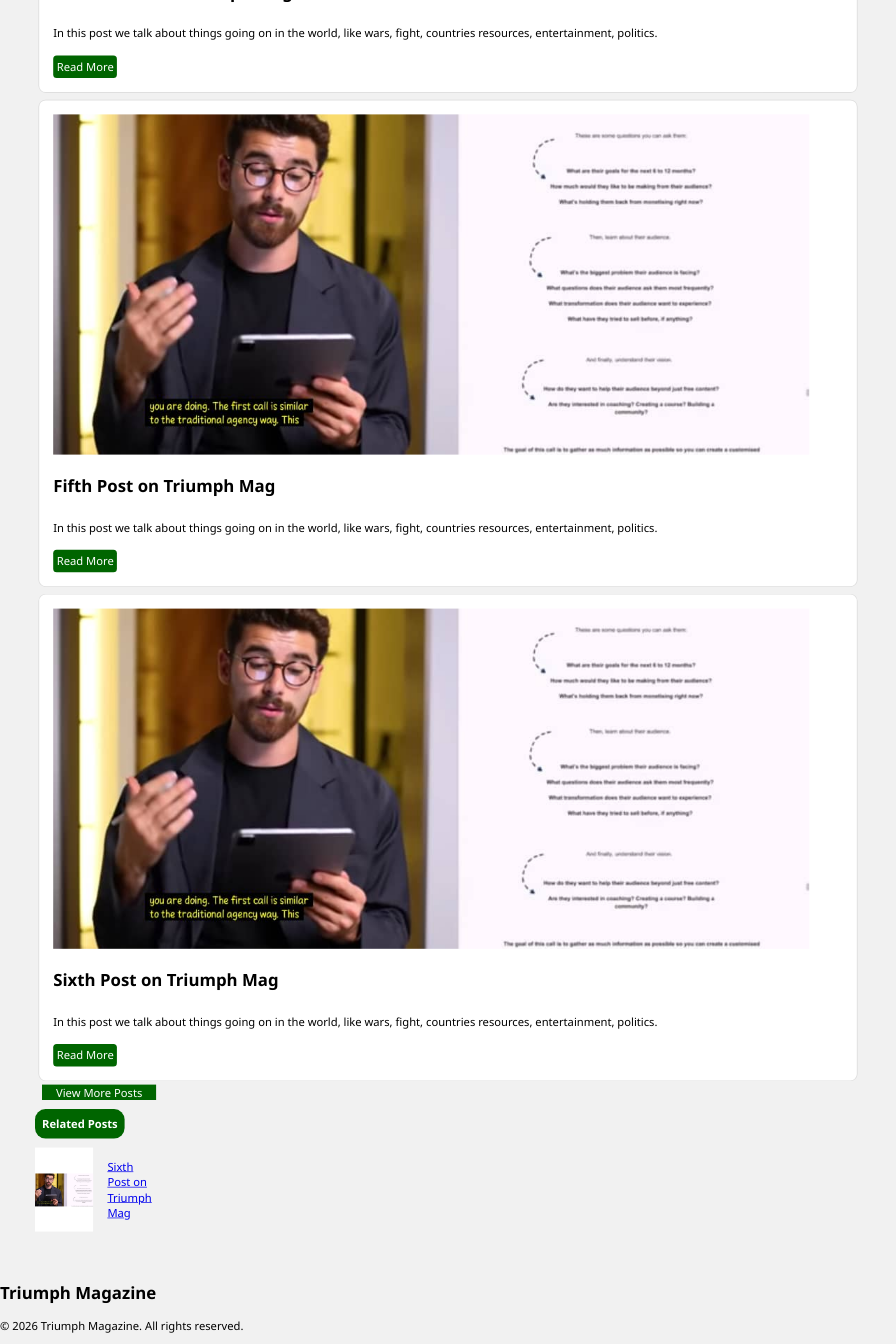
Repository: zikcolle/Triumph-Blog
Page: index.html
An editor plug-in stored every save of this project. The page is shown before and after the next save, followed by the edit.
The browser window is 1280 px wide. The pictures show the part of the page from y = 3599 to 5519 px (the page is 5519 px tall before and 5455 px after), at 70% of full size.

Above is the page before, as saved 2026-06-22 10:07:03.

### index.html
<!DOCTYPE html>
<html lang="en">

<head>
    <meta charset="UTF-8">
    <meta name="viewport" content="width=device-width, initial-scale=1.0">
    <title>Triumph Magazine</title>
    <link rel="stylesheet" href="styles.css">
</head>

<body>
    <header>
        <nav>
            <div class="logo">Triumph Magazine</div>
            <div class="hamburger" onclick="toggleMenu()">
                <svg width="30" height="30">
                    <line x1="3" y1="5" x2="27" y2="5" stroke="black" stroke-width="3" />
                    <line x1="3" y1="15" x2="27" y2="15" stroke="black" stroke-width="3" />
                    <line x1="3" y1="25" x2="27" y2="25" stroke="black" stroke-width="3" />
                </svg>


            </div>
            <ul id="nav-links">
                <li><a href="#">Home</a></li>
                <li><a href="/about-us">About</a></li>
                <li><a href="/contact-us">Contact</a></li>
            </ul>
        </nav>
    </header>


    <main>
        <section>
            <div>
                <h2 class="label-post">Trending Post 🔥</h2>
            </div>
            <div class="feat-post">
                <img src="simage\postiman.jpeg">
                <h1>How to make mony online as a beginner</h1>
                <p>In this post you would learn how to make money as a beginner as we delve into 20 ways you can earn
                    using your phone and the internet. These methods have been proven by millions of people in the
                    digital space and its best for you to know about it.</p>
                <a href="#" class="read-more">Read More</a>
            </div>
        </section>

        <section>
            <div>
                <h2 class="label-post" id="post-label">Recent Post</h2>
            </div>

            <div class="post-grid">
                <div class="blog-post">
                    <img src="simage\postiman.jpeg">
                    <h1>First Post on Triumph Mag</h1>
                    <p>In this post we talk about things going on in the world, like wars, fight, countries resources,
                        entertainment, politics.</p>
                    <a href="#" class="read-more">Read More</a>
                </div>

                <div class="blog-post">
                    <img src="simage\postiman.jpeg">
                    <h1>Second Post on Triumph Mag</h1>
                    <p>In this post we talk about things going on in the world, like wars, fight, countries resources,
                        entertainment, politics.</p>
                    <a href="#" class="read-more">Read More</a>
                </div>

                <div class="blog-post">
                    <img src="simage\postiman.jpeg">
                    <h1>Third Post on Triumph Mag</h1>
                    <p>In this post we talk about things going on in the world, like wars, fight, countries resources,
                        entertainment, politics.</p>
                    <a href="#" class="read-more">Read More</a>
                </div>

                <div class="blog-post">
                    <img src="simage\postiman.jpeg">
                    <h1>Fourth Post on Triumph Mag</h1>
                    <p>In this post we talk about things going on in the world, like wars, fight, countries resources,
                        entertainment, politics.</p>
                    <a href="#" class="read-more">Read More</a>
                </div>

                <div class="blog-post">
                    <img src="simage\postiman.jpeg">
                    <h1>Fifth Post on Triumph Mag</h1>
                    <p>In this post we talk about things going on in the world, like wars, fight, countries resources,
                        entertainment, politics.</p>
                    <a href="#" class="read-more">Read More</a>
                </div>

                <div class="blog-post">
                    <img src="simage\postiman.jpeg">
                    <h1>Sixth Post on Triumph Mag</h1>
                    <p>In this post we talk about things going on in the world, like wars, fight, countries resources,
                        entertainment, politics.</p>
                    <a href="#" class="read-more">Read More</a>
                </div>

            </div>
        </section>
        <a href="/blog" class="view-more">View More Posts</a>
        <section>
            <h2 class="label-post">Related Posts</h2>
            <div class="rel-post">
                <img src="simage\postiman.jpeg">
                <p><a href="/blog">Sixth Post on Triumph Mag</a></p>
            </div>
        </section>
    </main>

    <footer>
        <h2>Triumph Magazine</h2>
        <p>© 2026 Triumph Magazine. All rights reserved.</p>
    </footer>

</body>

</html>

<script>
    function toggleMenu() {
        document.getElementById('nav-links').classList.toggle('active');
    }
</script>

### styles.css
body {
    background-color: rgb(241, 241, 241);
    color: rgb(0, 0, 0);
    font-family:'Segoe UI', Tahoma, Geneva, Verdana, sans-serif;
    padding: 0;
    margin: 0;

}

header {
    background-color: rgba(255,255,255,0.92);
    padding: 10px 20px;
    border-bottom: 1px solid rgba(0, 0, 0, 0.108);
    backdrop-filter: blur(20px) saturate(180%);
    -webkit-backdrop-filter: blur(20px) saturate(180%);
    box-shadow: 0 1px 0 rgba(0,0,0,0.04), 0 2px 16px rgba(0,0,0,0.04);
    color: rgb(0, 101, 0);
    width: 100%;
    box-sizing: border-box;
}

nav {
    display: flex;
    justify-content: space-between;
    align-items: center;
}

nav ul {
    list-style: none;
    display: flex;
    gap: 20px;
    margin: 0;
    padding: 0;
}

nav ul li a {
    text-decoration: none;
    color: rgb(0, 0, 0);
}

nav a:hover {
    color: rgb(0, 101, 0);
    text-decoration: underline;
}

.hamburger {
    display: none;
    font-size: 24px;
}

@media (max-width: 768px) {
    nav ul {
        display: none;
        flex-direction: column;
        position: absolute;
        top: 60px;
        right: 0;
        background: rgb(255, 255, 255);
        width: 100%;
        text-align: center;
        padding: 20px;
        box-shadow: 0 2px 5px rgba(0, 0, 0, 0.1);
        z-index: 1000;
    }

    nav ul.active {
        display: flex !important;
    }

    nav ul li {
        margin: 10px 0;
    }

    .hamburger {
        display: block;
        cursor: pointer;
    }
}

main {
    padding: 50px;
}

img, svg, video, canvas, iframe {
  max-width: 100%;
  height: auto;
  display: block;
}

.label-post {
    background-color: rgb(0, 101, 0);
    color: rgb(255, 255, 255);
    max-width: fit-content;
    padding: 10px;
    border-radius: 15px;
    font-size: 1rem;
}

.feat-post {
    background-color: rgb(255, 255, 255);
    border: 1px solid rgba(0, 0, 0, 0.129);
    max-width: 100%;
    height: auto;
    align-items: center;
    display: block;
    border-radius: 10px;
    backdrop-filter: blur(20px) saturate(180%);
    -webkit-backdrop-filter: blur(20px) saturate(180%);
    box-shadow: 0 1px 0 rgba(0,0,0,0.04), 0 2px 16px rgba(0,0,0,0.04);
    padding: 20px;
    image-rendering: auto;
    justify-content: center;
}

.read-more {
    background-color: rgb(0, 101, 0);
    color: rgb(255, 255, 255);
    text-decoration: none;
    max-width: fit-content;
    padding: 5px;
    border-radius: 5px;
}

.post-grid {
    display: grid;
    grid-template-columns: repeat(auto-fit, minmax(600px, 1fr));
}

.blog-post {
    background-color: rgb(255, 255, 255);
    border: 1px solid rgba(0, 0, 0, 0.129);
    border-radius: 10px;
    padding: 20px;
    margin: 5px;
    line-height: 2;
}

.view-more {
    background-color: rgb(0, 101, 0);
    color: rgb(255, 255, 255);
    text-decoration: none;
    padding: 20px;
    margin: 10px;
    padding-top: 0;
    padding-bottom: 0;
}

.rel-post {
   display: flex;
   align-items: center;
   gap: 20px;
   background-color: rgb(255, 255, 255);
   width: auto;
   height: auto;
   max-width: min-content;
}

.rel-post img {
    width: 100px;
    aspect-ratio: 16 / 9;
    object-fit: cover;
}

After the next save:
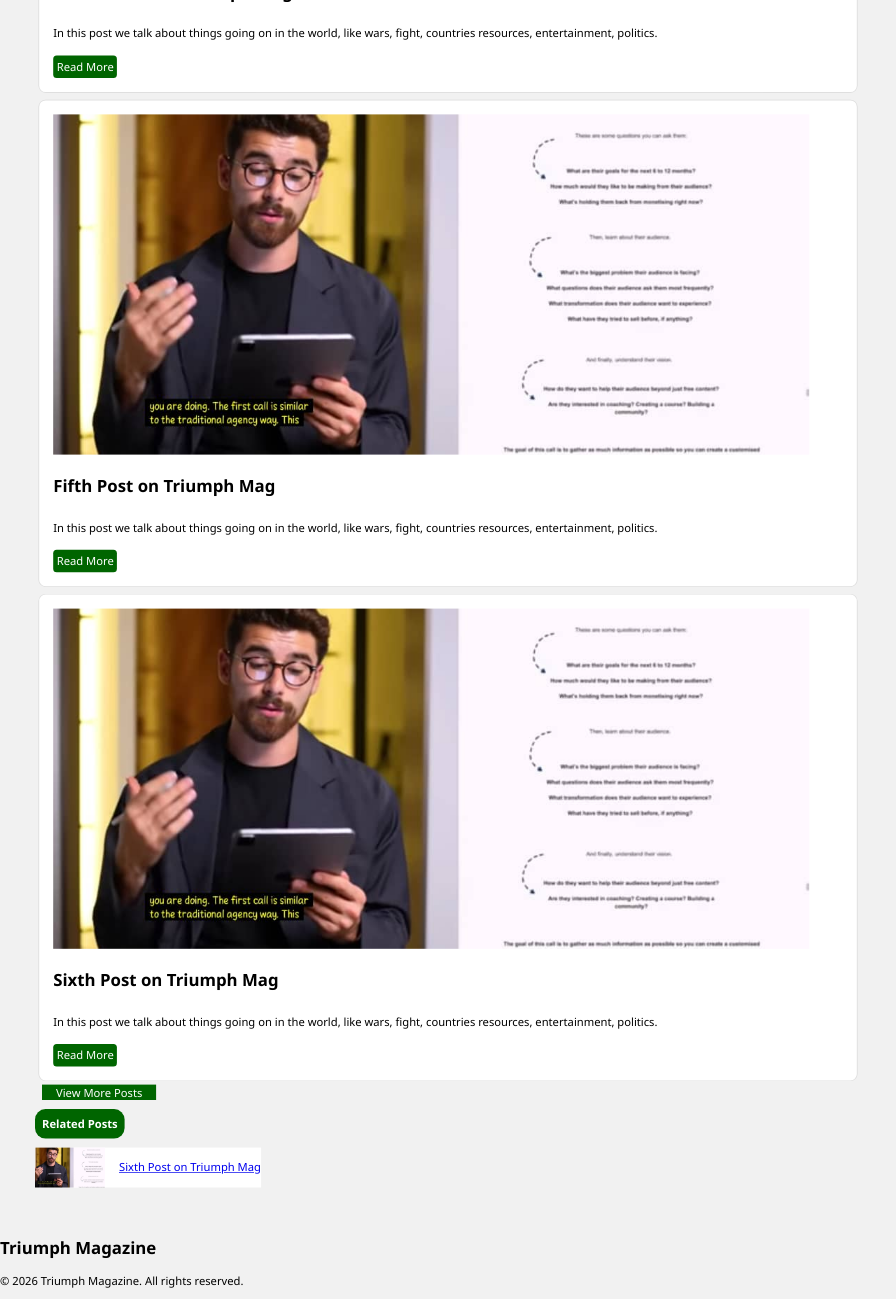
Saved 14 s later.
--- a/styles.css
+++ b/styles.css
@@ -152,7 +152,7 @@ img, svg, video, canvas, iframe {
    background-color: rgb(255, 255, 255);
    width: auto;
    height: auto;
-   max-width: min-content;
+   max-width: max-content;
 }
 
 .rel-post img {
